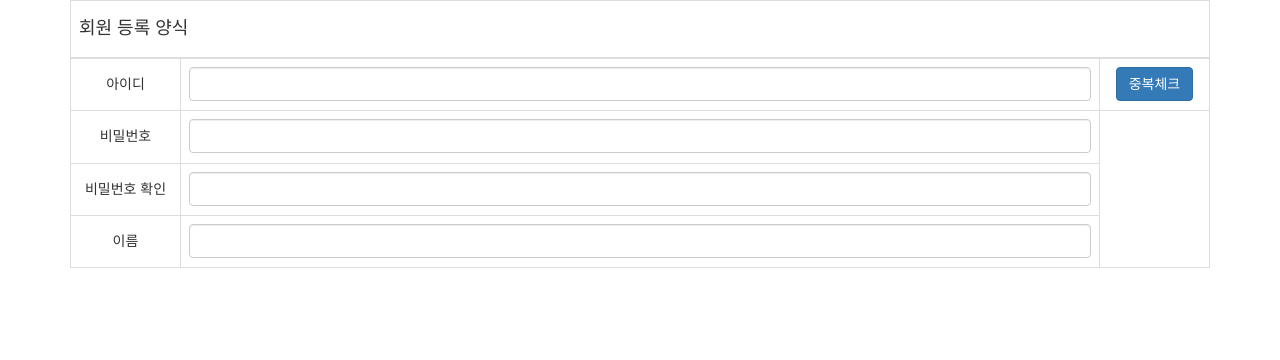
Repository: LJzero-dev/java-study
Page: http://localhost/test/
These files come from the project's save history. The page is drawn as it stood at one moment and after the next save; the edit follows.
The browser window is 1280 px wide. The pictures show the whole page.
The page is served by Tomcat 9. Other server files are loaded and not shown.

Above is the page before, as saved 2023-06-07 11:14:15.

### web/test/WebContent/index.jsp
<%@ page language="java" contentType="text/html; charset=UTF-8" pageEncoding="UTF-8"%>
<!DOCTYPE html PUBLIC "-//W3C//DTD HTML 4.01 Transitional//EN" "http://www.w3.org/TR/html4/loose.dtd">
<html>
<head>
	<meta http-equiv="Content-Type" content="text/html; charset=UTF-8">
	<meta name="viewport" content="width=device-width, initial-scale=1">
	<link rel="stylesheet" href="css/bootstrap.css">
	<link rel="stylesheet" href="css/custom.css">
<title>Insert title here</title>
<script src="https://code.jquery.com/jquery-3.7.0.min.js" integrity="sha256-2Pmvv0kuTBOenSvLm6bvfBSSHrUJ+3A7x6P5Ebd07/g=" crossorigin="anonymous"></script>
<script src="js/bootstrap.js"></script>
</head>
<body>
	<div class="container">
		<form method="post" action="./userRegister">
			<table class = "table table-bordered table-hover" style="text-align:center; border:1px solid #dddddd">
				<thead>
					<tr>
						<th colspan="3"><h4>회원 등록 양식</h4></th>
					</tr>
				</thead>
				<tbody>
					<tr>
						<td style="width: 110px;"><h5>아이디</h5></td>
						<td><input class="form-control" type="text" id="userID" name="userID" maxlength="20"></td>
						<td style="width: 110px;" ><button class="btn btn-primary" onclick="registerCheckFunction();" type="button">중복체크</button></td>
					</tr>
					<tr>
						<td style="width: 110px;"><h5>비밀번호</h5></td>
						<td><input class="form-control" type="password" id="userPassword1" name="userPassWord1" maxlength="20" ></td>
					</tr>
					<tr>
						<td style="width: 110px;"><h5>비밀번호 확인</h5></td>
						<td><input class="form-control" type="password" id="userPassword2" name="userPassWord2" maxlength="20" ></td>
					</tr>
					<tr>
						<td style="width: 110px;"><h5>이름</h5></td>
						<td><input class="form-control" type="text" id="userName" name="userName" maxlength="20"></td>
					</tr>
				</tbody>
			</table>
		</form>
	</div>
</body>
</html>

Loaded but not shown: web/test/WebContent/css/bootstrap.css (library); web/test/WebContent/css/custom.css (common file); web/test/WebContent/js/bootstrap.js (library)

After the next save:
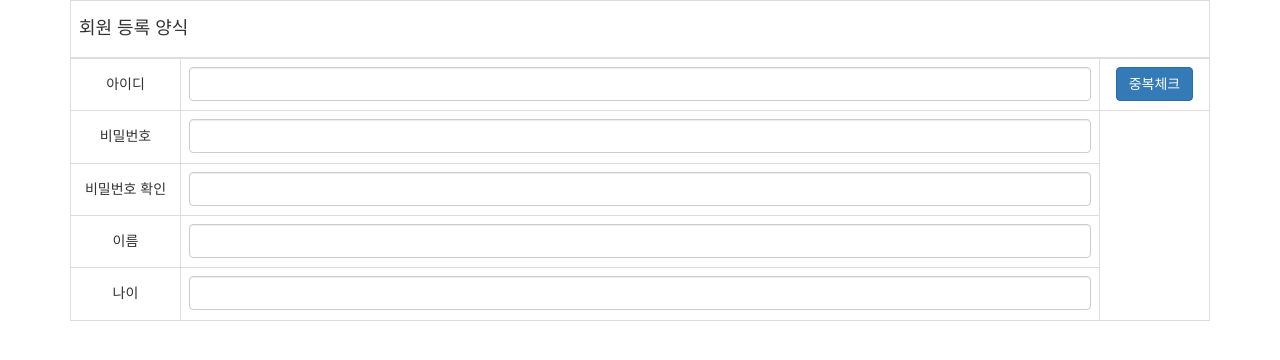
Saved 27 s later.
--- a/web/test/WebContent/index.jsp
+++ b/web/test/WebContent/index.jsp
@@ -37,6 +37,10 @@
 						<td style="width: 110px;"><h5>이름</h5></td>
 						<td><input class="form-control" type="text" id="userName" name="userName" maxlength="20"></td>
 					</tr>
+					<tr>
+						<td style="width: 110px;"><h5>나이</h5></td>
+						<td><input class="form-control" type="text" id="userAge" name="userAge" maxlength="20"></td>
+					</tr>
 				</tbody>
 			</table>
 		</form>
